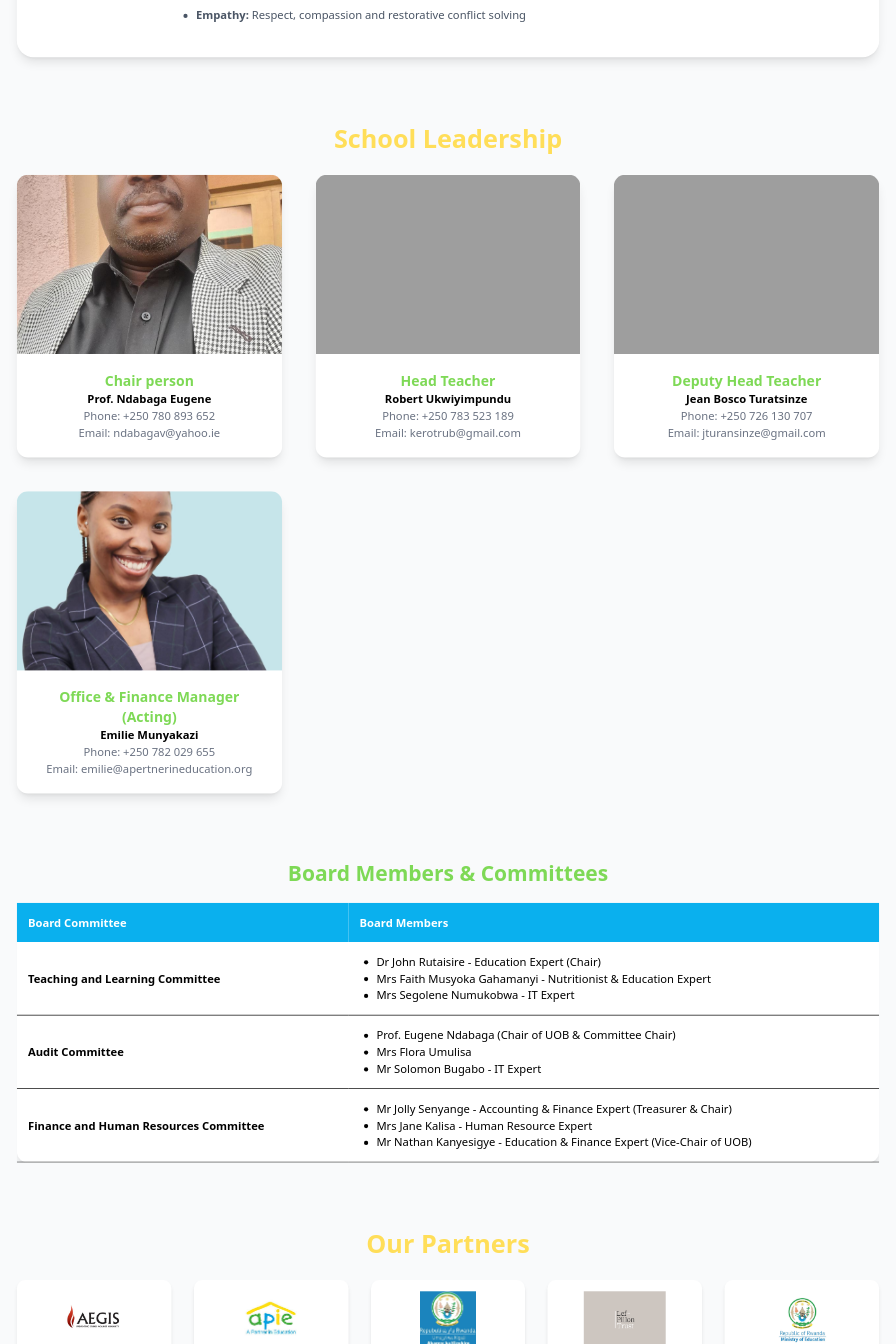
Repository: Umubano-Academy/umubano-academy-website
Page: /aboutus
These files come from the project's save history. The page is drawn as it stood at one moment and after the next save; the edit follows.
The browser window is 1280 px wide. The pictures show the part of the page from y = 1274 to 3194 px (the page is 4708 px tall before and 4280 px after), at 70% of full size.
Pictures or frames that could not be fetched are drawn as grey boxes. The project was rebuilt for these pictures with package versions that can differ from the ones it lists, and the page was loaded fresh each time. Also part of the build but not shown: vite.config.js, src/components/guest/Hero.jsx, src/components/guest/Event.jsx, src/components/guest/News.jsx, src/components/guest/Contact.jsx, src/components/guest/Home.jsx, src/components/guest/Admission.jsx, src/components/guest/Academic.jsx and 7 more. Imported but missing from the stored project, and not drawn on this page: src/assets/addons/Primary-Enrolment-Handout-2025.pdf, src/assets/addons/Secondary-Enrolment-Handout-2025-2026.pdf.

Above is the page before, as saved 2026-01-19 12:39:07.

After the next save:
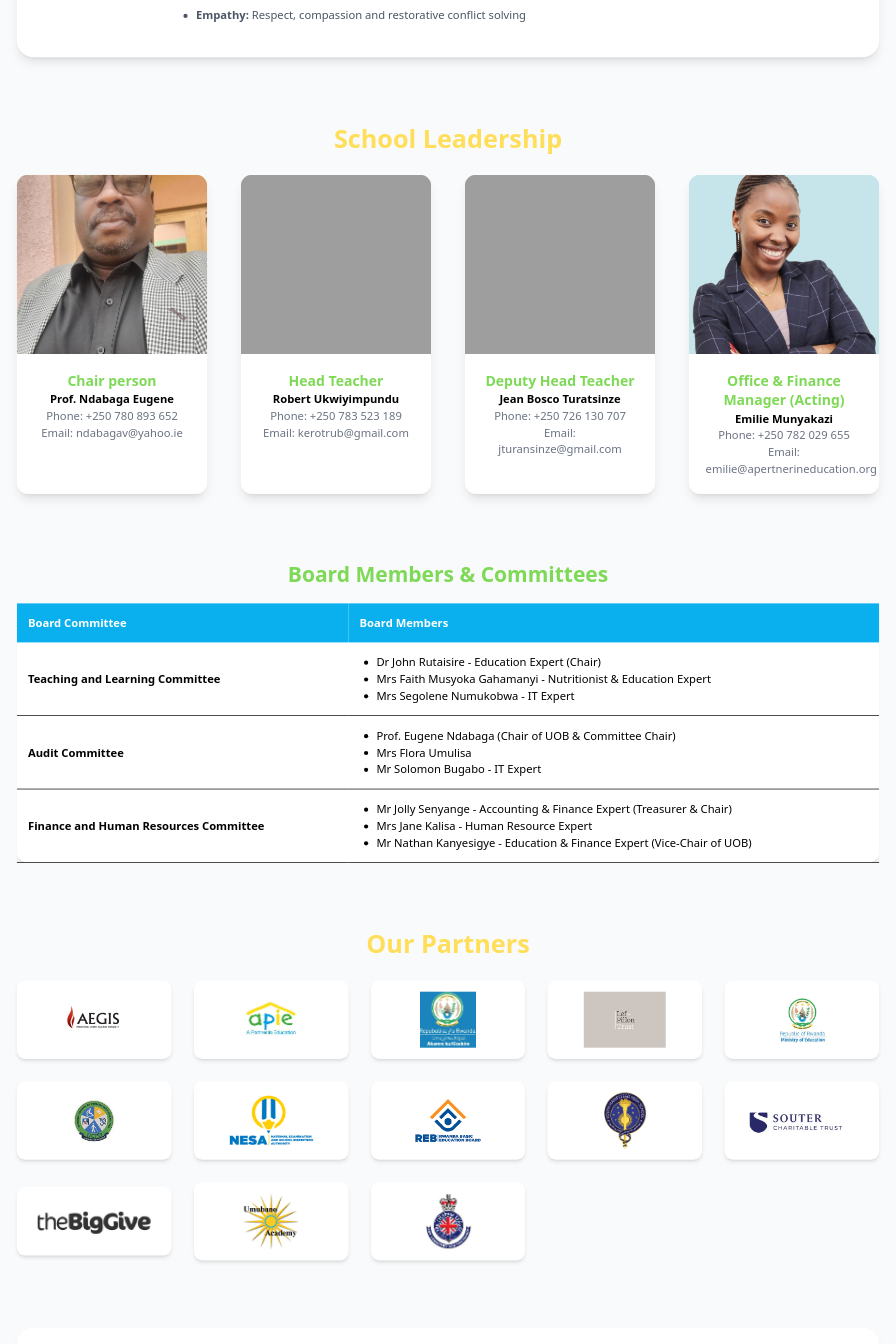
Saved 14 s later.
--- a/src/components/guest/About.jsx
+++ b/src/components/guest/About.jsx
@@ -213,7 +213,7 @@
             School Leadership
           </h3>
 
-          <div className="grid grid-cols-1 sm:grid-cols-2 lg:grid-cols-3 gap-12">
+          <div className="grid grid-cols-1 sm:grid-cols-2 lg:grid-cols-4 gap-12">
             {leadership.map((leader, i) => (
               <div
                 key={i}
